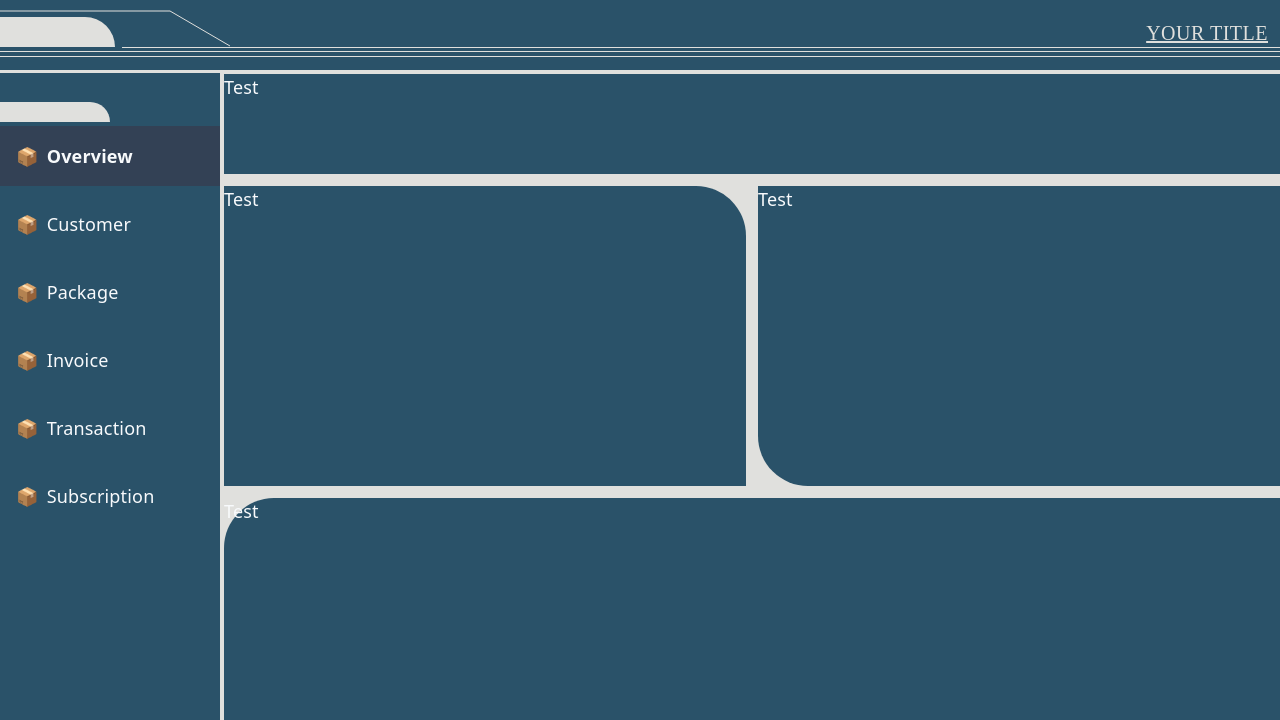
Repository: Farazdaq/stripe-payment-integration
Page: /dashboard (app in stripe-integration-react-dashboard/)
An editor plug-in stored every save of this project. The page is shown before and after the next save, followed by the edit.
The browser window is 1280 px wide. The pictures show the whole page.
An inner scrolling area shows only its first screen. Some web fonts or font styles are not loaded; a fallback is used. The project was rebuilt for these pictures with package versions that can differ from the ones it lists, and the page was loaded fresh each time. Also part of the build but not shown: stripe-integration-react-dashboard/vite.config.ts, stripe-integration-react-dashboard/src/App.css, stripe-integration-react-dashboard/src/features/dashboard/pages/Customer.tsx, stripe-integration-react-dashboard/src/features/dashboard/pages/Package.tsx, stripe-integration-react-dashboard/src/features/dashboard/pages/Invoice.tsx, stripe-integration-react-dashboard/src/features/dashboard/pages/Transaction.tsx, stripe-integration-react-dashboard/src/features/dashboard/pages/Subscription.tsx.

Above is the page before, as saved 2026-05-12 17:11:44.

After the next save:
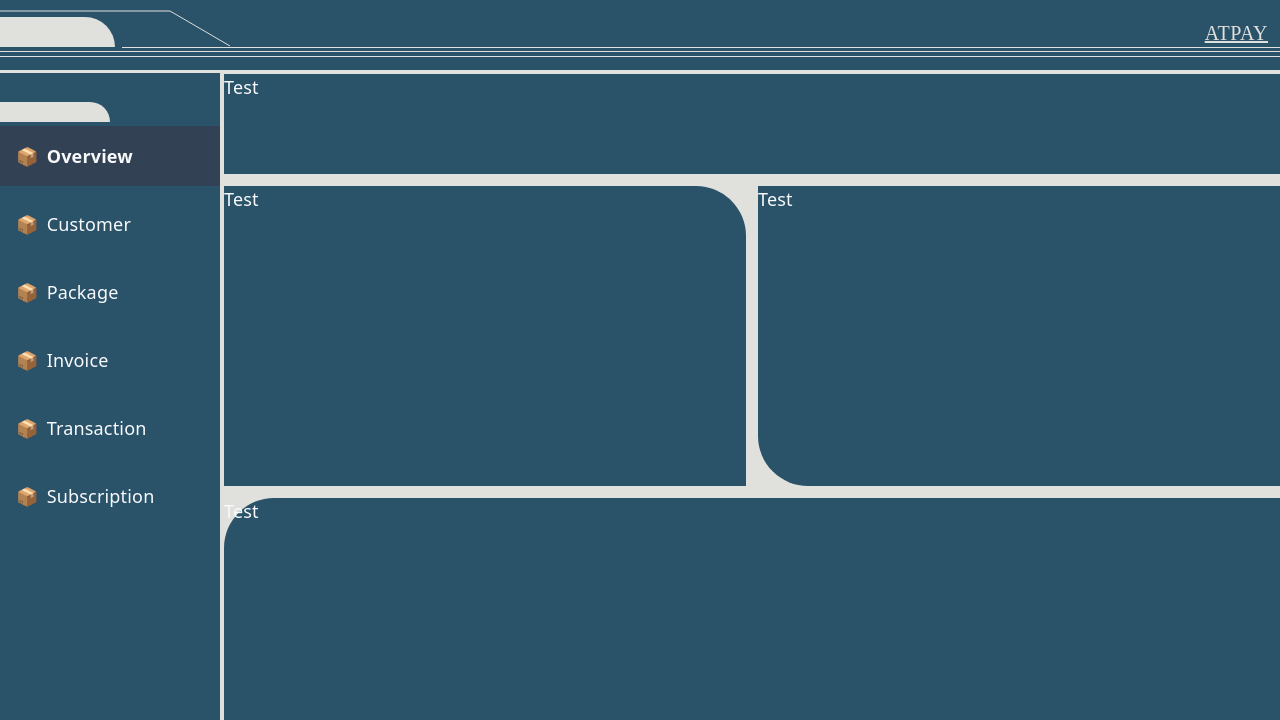
Saved 39 s later.
--- a/stripe-integration-react-dashboard/src/features/dashboard/layout/Navbar.tsx
+++ b/stripe-integration-react-dashboard/src/features/dashboard/layout/Navbar.tsx
@@ -20,7 +20,7 @@ export default function Navbar() {
         className="absolute right-3 top-5 text-[20px] underline tracking-wide font-['Chonburi']"
         style={{ color: "#E0E0DD" }}
       >
-        YOUR TITLE
+        ATPAY
       </p>
 
       <div className="flex flex-col gap-1 md:gap-1">
